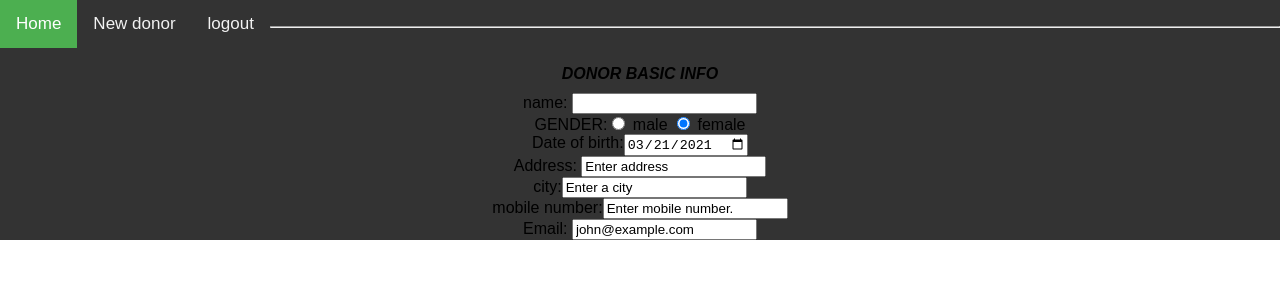
Repository: Datta2901/ubuntu
Page: random/blood.html
The author's editor kept a copy of each file at every save. The page is drawn from the files as they stood at one save, then again after a run of saves.
The browser window is 1280 px wide. The pictures show the whole page.

Above is the page before, as saved 2021-03-24 09:22:02.

### random/blood.html
<!DOCTYPE html>
<html>
    <body>
        <head>
            <meta name="viewport" content="width=device-width, initial-scale=1">
            <style>
            body {
              margin: 0;
              font-family: Arial, Helvetica, sans-serif;
            }

            .topnav {
              overflow: hidden;
              background-color: #333;
            }

            .topnav a {
              float: left;
              color: #f2f2f2;
              text-align: center;
              padding: 14px 16px;
              text-decoration: none;
              font-size: 17px;
            }

            .topnav a:hover {
              background-color: #ddd;
              color: black;
            }

            .topnav a.active {
              background-color: #4CAF50;
              color: white;
            }
            </style>
            </head>
            <body>

            <div class="topnav">
              <a class="active" href="#home">Home</a>
              <a href="#new donor">New donor</a>
              <a href="#logout">logout</a>

<br>

<hr>
<br>
    <centre>
    <div style="text-align:center;">
      <h1 style="color: black ;font-size: medium;"><i>DONOR BASIC INFO</i></h1>
    </div>
    <div style="text-align:center;">
      <label for="name"> name:</label>
      <input type="text" id="name"name="name"><br>
    </div>
    <div style="text-align:center;">
      GENDER:<input type="radio" id="male"
      name="GENDER"value="male"
      checked>
      <label for="male">male</label>
      <input type="radio" id="female"
      name="GENDER"value="female"
      checked>
      <label for="female">female</label>
    </div>
    <div style="text-align:center;">
     Date of birth:<input type="date" id="Date of birth" value="2021-03-21">
    </div>
    <div style="text-align:center;">
     Address: <input type="text" id="ADDRESS" value="Enter address">
    </div>
    <div style="text-align:center;">
      city:<input type="text" id="city" value="Enter a city">
    </div>
    <div style="text-align:center;">
      mobile number:<input type="text" id="mobile number" value="Enter mobile number.">
    </div>
    <div style="text-align:center;">
      Email: <input type="email" id="myEmail" value="john@example.com">
    </div>




    </centre>
    </body>
</html>

After the next 3 saves:
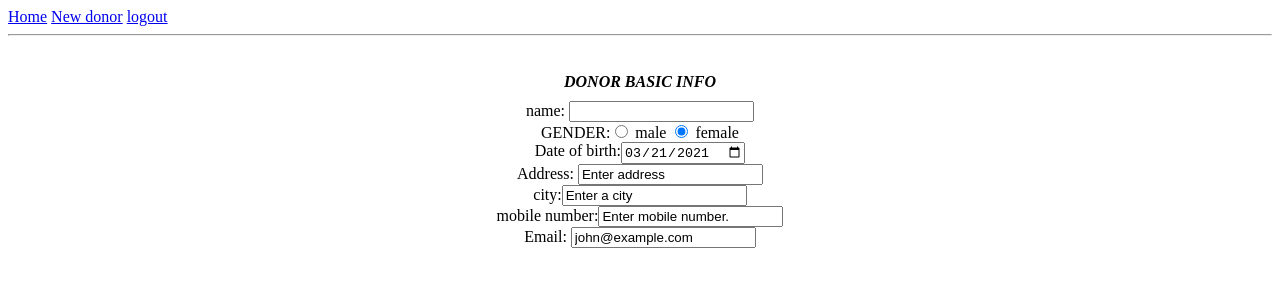
The 3 saves are shown as one change because they came seconds apart.
The last was saved 3 min 13 s later.
--- a/random/blood.html
+++ b/random/blood.html
@@ -3,36 +3,6 @@
     <body>
         <head>
             <meta name="viewport" content="width=device-width, initial-scale=1">
-            <style>
-            body {
-              margin: 0;
-              font-family: Arial, Helvetica, sans-serif;
-            }
-
-            .topnav {
-              overflow: hidden;
-              background-color: #333;
-            }
-
-            .topnav a {
-              float: left;
-              color: #f2f2f2;
-              text-align: center;
-              padding: 14px 16px;
-              text-decoration: none;
-              font-size: 17px;
-            }
-
-            .topnav a:hover {
-              background-color: #ddd;
-              color: black;
-            }
-
-            .topnav a.active {
-              background-color: #4CAF50;
-              color: white;
-            }
-            </style>
             </head>
             <body>
 

After the save that followed:
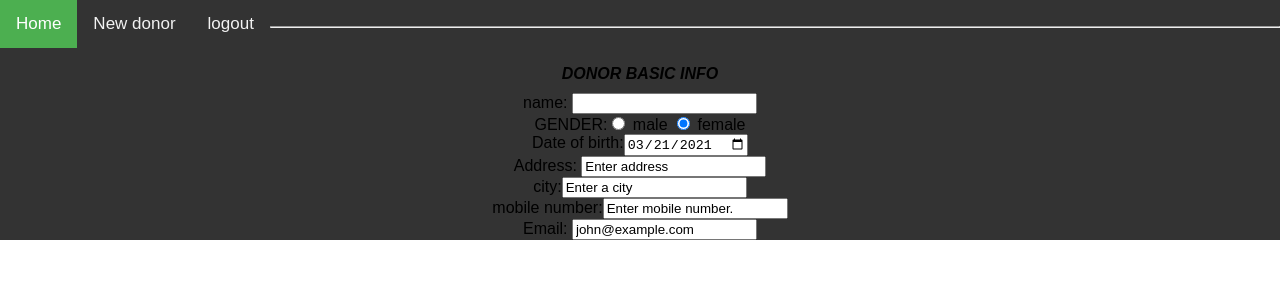
Saved 14 s later.
--- a/random/blood.html
+++ b/random/blood.html
@@ -5,7 +5,36 @@
             <meta name="viewport" content="width=device-width, initial-scale=1">
             </head>
             <body>
+            <style>
+            body {
+              margin: 0;
+              font-family: Arial, Helvetica, sans-serif;
+            }
 
+            .topnav {
+              overflow: hidden;
+              background-color: #333;
+            }
+
+            .topnav a {
+              float: left;
+              color: #f2f2f2;
+              text-align: center;
+              padding: 14px 16px;
+              text-decoration: none;
+              font-size: 17px;
+            }
+
+            .topnav a:hover {
+              background-color: #ddd;
+              color: black;
+            }
+
+            .topnav a.active {
+              background-color: #4CAF50;
+              color: white;
+            }
+            </style>
             <div class="topnav">
               <a class="active" href="#home">Home</a>
               <a href="#new donor">New donor</a>
